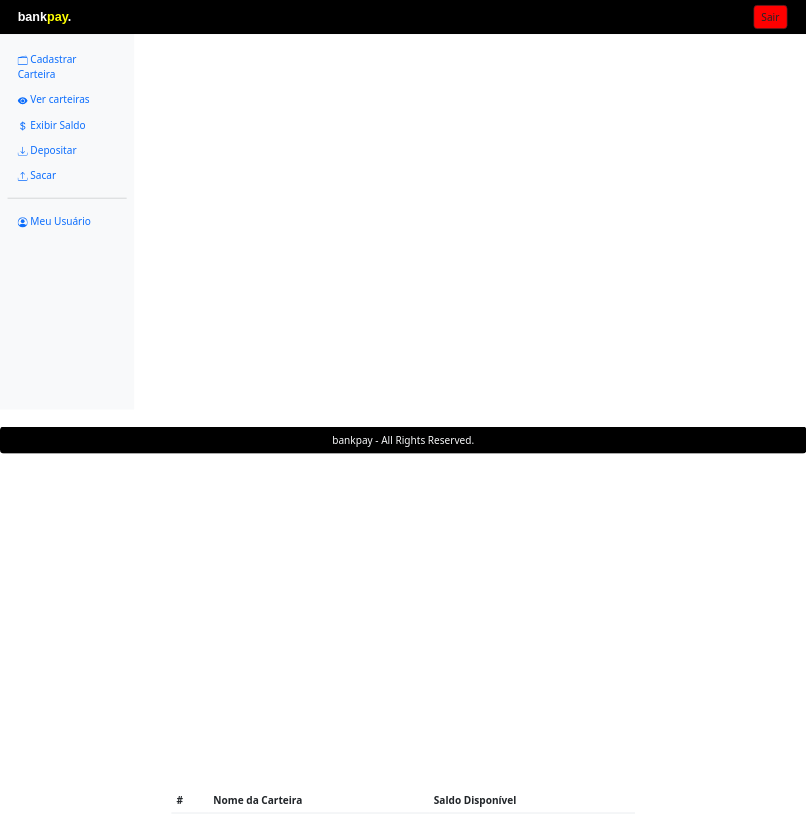
Repository: viniciusrodriguesb/IntegradorJava
Page: http://localhost/Carteira/principal.jsp
These files come from the project's save history. The page is drawn as it stood at one moment and after the next save; the edit follows.
The browser window is 1280 px wide. The pictures show the whole page, at 63% of full size.
The page is served by Tomcat 9. Other server files are loaded and not shown. Queries for data that is not in the repository find no rows.

Above is the page before, as saved 2022-06-21 12:06:19.

### Carteira/src/main/webapp/principal.jsp
<%@ page import = "java.util.List" %>
<%@ page import = "java.util.ArrayList"%>
<%@ page import = "modelo.Carteira"%>
<%@ page import = "dao.CarteiraDAO"%>

<!DOCTYPE html>
<html lang="pt-br">
<head>
    <meta charset="UTF-8">
    <meta http-equiv="X-UA-Compatible" content="IE=edge">
    <meta name="viewport" content="width=device-width, initial-scale=1.0">
    <title>Bem-Vindo</title>

     <!-- STYLES -->
     <link rel="stylesheet" href="style.css">

     <!-- BOOTSTRAP -->
     <link href="https://cdn.jsdelivr.net/npm/bootstrap@5.2.0-beta1/dist/css/bootstrap.min.css" rel="stylesheet" integrity="sha384-0evHe/X+R7YkIZDRvuzKMRqM+OrBnVFBL6DOitfPri4tjfHxaWutUpFmBp4vmVor" crossorigin="anonymous">

</head>
<body>
    <!-- INICIO NAVBAR -->
      <nav class="navbar navbar-light" style="background-color: black;">
        <a class="navbar-brand logo" href="principal.html" style="margin-left: 28px; color: #fff;">
            bank<span style="color: yellow;">pay</span>.
        </a>
        <a href="index.html" class="btn btn-md active" role="button" aria-pressed="true" style="margin-right: 30px; background-color: red;">Sair</a>
      </nav>
    <!-- FIM NAVBAR -->

<!-- INICIO MENU LATERAL -->
    <div class="container-fluid">
        <div class="row">
            <nav class="col-md-2 d-none d-md-block bg-light sidebar">
                <div class="sidebar-sticky" style="height: 80vh; margin-top: 20px;">
                    <ul class="nav flex-column">
                        <li class="nav-item">
                            <a href="resultCadastrar.jsp" class="nav-link">
                                <svg xmlns="http://www.w3.org/2000/svg" width="16" height="16" fill="currentColor" class="bi bi-wallet2" viewBox="0 0 16 16">
                                    <path d="M12.136.326A1.5 1.5 0 0 1 14 1.78V3h.5A1.5 1.5 0 0 1 16 4.5v9a1.5 1.5 0 0 1-1.5 1.5h-13A1.5 1.5 0 0 1 0 13.5v-9a1.5 1.5 0 0 1 1.432-1.499L12.136.326zM5.562 3H13V1.78a.5.5 0 0 0-.621-.484L5.562 3zM1.5 4a.5.5 0 0 0-.5.5v9a.5.5 0 0 0 .5.5h13a.5.5 0 0 0 .5-.5v-9a.5.5 0 0 0-.5-.5h-13z"/>
                                  </svg>
                                Cadastrar Carteira
                            </a>
                         </li>
                         <li class="nav-item">
                            <a href="#" class="nav-link">
                               <svg xmlns="http://www.w3.org/2000/svg" width="16" height="16" fill="currentColor" class="bi bi-eye-fill" viewBox="0 0 16 16">
  								<path d="M10.5 8a2.5 2.5 0 1 1-5 0 2.5 2.5 0 0 1 5 0z"/>
  								<path d="M0 8s3-5.5 8-5.5S16 8 16 8s-3 5.5-8 5.5S0 8 0 8zm8 3.5a3.5 3.5 0 1 0 0-7 3.5 3.5 0 0 0 0 7z"/>
								</svg>
                                Ver carteiras
                            </a>
                         </li>
                        <li class="nav-item">
                            <a href="#" class="nav-link">
                                <svg xmlns="http://www.w3.org/2000/svg" width="16" height="16" fill="currentColor" class="bi bi-currency-dollar" viewBox="0 0 16 16">
                                    <path d="M4 10.781c.148 1.667 1.513 2.85 3.591 3.003V15h1.043v-1.216c2.27-.179 3.678-1.438 3.678-3.3 0-1.59-.947-2.51-2.956-3.028l-.722-.187V3.467c1.122.11 1.879.714 2.07 1.616h1.47c-.166-1.6-1.54-2.748-3.54-2.875V1H7.591v1.233c-1.939.23-3.27 1.472-3.27 3.156 0 1.454.966 2.483 2.661 2.917l.61.162v4.031c-1.149-.17-1.94-.8-2.131-1.718H4zm3.391-3.836c-1.043-.263-1.6-.825-1.6-1.616 0-.944.704-1.641 1.8-1.828v3.495l-.2-.05zm1.591 1.872c1.287.323 1.852.859 1.852 1.769 0 1.097-.826 1.828-2.2 1.939V8.73l.348.086z"/>
                                  </svg>
                                Exibir Saldo</a>
                         </li>
                        <li class="nav-item">
                            <a href="#" class="nav-link">
                                <svg xmlns="http://www.w3.org/2000/svg" width="16" height="16" fill="currentColor" class="bi bi-download" viewBox="0 0 16 16">
                                    <path d="M.5 9.9a.5.5 0 0 1 .5.5v2.5a1 1 0 0 0 1 1h12a1 1 0 0 0 1-1v-2.5a.5.5 0 0 1 1 0v2.5a2 2 0 0 1-2 2H2a2 2 0 0 1-2-2v-2.5a.5.5 0 0 1 .5-.5z"/>
                                    <path d="M7.646 11.854a.5.5 0 0 0 .708 0l3-3a.5.5 0 0 0-.708-.708L8.5 10.293V1.5a.5.5 0 0 0-1 0v8.793L5.354 8.146a.5.5 0 1 0-.708.708l3 3z"/>
                                  </svg>
                                Depositar</a>
                         </li>
                        <li class="nav-item">
                            <a href="resultSaque.jsp" class="nav-link">
                                  <svg xmlns="http://www.w3.org/2000/svg" width="16" height="16" fill="currentColor" class="bi bi-upload" viewBox="0 0 16 16">
	                                    <path d="M.5 9.9a.5.5 0 0 1 .5.5v2.5a1 1 0 0 0 1 1h12a1 1 0 0 0 1-1v-2.5a.5.5 0 0 1 1 0v2.5a2 2 0 0 1-2 2H2a2 2 0 0 1-2-2v-2.5a.5.5 0 0 1 .5-.5z"/>
	                                    <path d="M7.646 1.146a.5.5 0 0 1 .708 0l3 3a.5.5 0 0 1-.708.708L8.5 2.707V11.5a.5.5 0 0 1-1 0V2.707L5.354 4.854a.5.5 0 1 1-.708-.708l3-3z"/>
                                  </svg>
                                Sacar</a>
                         </li>
                     </ul>
                     <hr>
                      <ul class="nav flex-column">
                        <li class="nav-item">
                            <a href="#" class="nav-link">
                                <svg xmlns="http://www.w3.org/2000/svg" width="16" height="16" fill="currentColor" class="bi bi-person-circle" viewBox="0 0 16 16">
									  <path d="M11 6a3 3 0 1 1-6 0 3 3 0 0 1 6 0z"/>
									  <path fill-rule="evenodd" d="M0 8a8 8 0 1 1 16 0A8 8 0 0 1 0 8zm8-7a7 7 0 0 0-5.468 11.37C3.242 11.226 4.805 10 8 10s4.757 1.225 5.468 2.37A7 7 0 0 0 8 1z"/>
								</svg>
                                Meu Usuário
                            </a>
                         </li>
                     </ul>
                </div>
            </nav>
           <main role="main" class="col-md-9 ml-sm-auto col-lg-10 px-4">

            <div class="chartjs-size-monitor" style="position: absolute; inset: 0px; overflow: hidden; pointer-events: none; visibility: hidden; z-index: -1;">
                <div class="chartjs-size-monitor-expand" style="position:absolute;left:0;top:0;right:0;bottom:0;overflow:hidden;pointer-events:none;visibility:hidden;z-index:-1;">
                    <div style="position:absolute;width:1000000px;height:1000000px;left:0;top:0"></div>
                </div>

                <div class="chartjs-size-monitor-shrink" style="position:absolute;left:0;top:0;right:0;bottom:0;overflow:hidden;pointer-events:none;visibility:hidden;z-index:-1;">
                    <div style="position:absolute;width:200%;height:200%;left:0; top:0"></div>
                </div>
            </div>

           </main>

        </div>
    </div>
<!-- FIM MENU LATERAL -->

<!-- INICIO MAIN -->

<!-- INICIO TABELA -->
<div class="container tabelas">
	<div class="row">
		<div class="col-8 m-auto" >
			<table class="table">
  <thead>
    <tr>
      <th scope="col">#</th>
      <th scope="col">Nome da Carteira</th>
      <th scope="col">Saldo Disponível</th>
    </tr>
  </thead>
  <tbody>
    <tr>
      <%
	CarteiraDAO ctr = new CarteiraDAO();
	List<Carteira> lista = new ArrayList<Carteira>();

	lista = ctr.listar();

	for(Carteira i : lista){
	%>

	<tr>
	<td>
	<%=i.getId()%>
	</td>

	<td>
	<%=i.getNome()%>
	</td>

	<td>
	<%=i.getSaldo()%>
	</td>
	</tr>

	<%
	}
	%>
    </tr>
  </tbody>
</table>
		</div>
	</div>
</div>
<!-- FIM TABELA -->




<!--
<table >
	<tr>
	<th>Código da Carteira</th>
	<th>Nome da Carteira</th>
	<th>Saldo disponivel</th>
	</tr>

</table> -->

<!-- FIM MAIN -->
<!-- FOOTER -->
<div class="card fixed-bottom" style="background-color: black;">
    <div class="card-footer text-center">
    <span class="text-light">bankpay - All Rights Reserved.</span>
    </div>
  </div>
<!-- FOOTER -->

<script src="https://cdn.jsdelivr.net/npm/jquery@3.5.1/dist/jquery.slim.min.js" integrity="sha384-DfXdz2htPH0lsSSs5nCTpuj/zy4C+OGpamoFVy38MVBnE+IbbVYUew+OrCXaRkfj" crossorigin="anonymous"></script>
<script src="https://cdn.jsdelivr.net/npm/bootstrap@4.6.1/dist/js/bootstrap.bundle.min.js" integrity="sha384-fQybjgWLrvvRgtW6bFlB7jaZrFsaBXjsOMm/tB9LTS58ONXgqbR9W8oWht/amnpF" crossorigin="anonymous"></script>
</body>
</html>

### Carteira/src/main/java/dao/CarteiraDAO.java
package dao;

import java.sql.Connection;
import java.sql.PreparedStatement;
import java.sql.ResultSet;
import java.sql.SQLException;
import java.util.ArrayList;
import java.util.List;

import modelo.Carteira;
import modelo.Usuario;

public class CarteiraDAO {

	Connection cnx;

	// INCLUSÃO DADOS DA CARTEIRA NO BANCO
	public boolean incluirCarteira(Carteira carteira) {
		boolean resultado = true;
		int retornoQuery;

		cnx = DAO.createConnection();
		String sql = "INSERT INTO tb_carteira (nome, saldo) VALUES (?, ?)";

		try {
			PreparedStatement ps = cnx.prepareStatement(sql);

			ps.setString(1, carteira.getNome());
			ps.setDouble(2, carteira.getSaldo());

			retornoQuery = ps.executeUpdate();

			if (retornoQuery <= 0) {
				resultado = false;
			}

		} catch (SQLException e) {
			e.printStackTrace();
		}
		return resultado;
	}

	// ALTERAÇÃO DE DADOS DA CARTEIRA NO BANCO
	public boolean alterarCarteira(Carteira carteira) {
		boolean resultado = true;
		int retornoQuery;

		cnx = DAO.createConnection();
		String sql = "UPDATE tb_carteira SET nome=? WHERE id=?";

		try {
			PreparedStatement ps = cnx.prepareStatement(sql);

			ps.setString(1, carteira.getNome());

			retornoQuery = ps.executeUpdate();

		} catch (SQLException e) {
			e.printStackTrace();
		}
		return resultado;
	}

	// EXCLUSÃO DE DADOS DA CARTEIRA NO BANCO
	public boolean excluirCarteira(int id) {
		boolean resultado = true;
		int retornoQuery;

		cnx = DAO.createConnection();
		String sql = "DELETE FROM tb_carteira WHERE ID = ?";

		try {
			PreparedStatement ps = cnx.prepareStatement(sql);

			ps.setInt(1, id);

			retornoQuery = ps.executeUpdate();

			if (retornoQuery <= 0) {
				resultado = false;
			}

		} catch (SQLException e) {
			e.printStackTrace();
		}
		return resultado;
	}

	// LISTAR OS DADOS QUE ESTÃO NO BANCO DA CARTEIRA
	public List<Carteira> listar() {
		List<Carteira> listaDeCarteiras = new ArrayList<Carteira>();
		ResultSet rs = null;
		Carteira carteira = null;

		cnx = DAO.createConnection();

		String sql = "SELECT * FROM tb_carteira";

		try {
			PreparedStatement ps = cnx.prepareStatement(sql);

			rs = ps.executeQuery();

			while (rs.next()) {
				carteira = new Carteira();

				carteira.setId(rs.getInt("id"));
				carteira.setNome(rs.getString("nome"));
				carteira.setSaldo(rs.getDouble("saldo"));

				listaDeCarteiras.add(carteira);
			}
		} catch (SQLException e) {
			e.printStackTrace();
		}
		return listaDeCarteiras;
	}

	public boolean sacar(Carteira carteira) {
		boolean resultado = true;
		int retornoQuery;

		cnx = DAO.createConnection();
		String sql = "INSERT INTO tb_carteira (nome, saldo) VALUES (?, ?)";

		try {
			PreparedStatement ps = cnx.prepareStatement(sql);

			ps.setString(1, carteira.getNome());
			ps.setDouble(2, carteira.getSaldo() + carteira.getSaldo());

			retornoQuery = ps.executeUpdate();

			if (retornoQuery <= 0) {
				resultado = false;
			}

		} catch (SQLException e) {
			e.printStackTrace();
		}
		return resultado;
	}
}

### Carteira/src/main/java/dao/DAO.java
package dao;

import java.sql.Connection;
import java.sql.DriverManager;
import java.sql.SQLException;

public class DAO {
	public static Connection createConnection() {
		String url, user, password;

		Connection cnx = null;

		try {
			Class.forName("com.mysql.jdbc.Driver");

			url = "jdbc:mysql://localhost:3306/db_integradorJava";
			user = "root";
			password = "";

			cnx = DriverManager.getConnection(url, user, password);
		} catch (ClassNotFoundException e) {
			e.printStackTrace();
		} catch (SQLException e) {
			e.printStackTrace();
		}
		return cnx;
	}
}

### Carteira/src/main/webapp/style.css

* {
  margin: 0;
  padding: 0;
  box-sizing: border-box;
}

ul {
  list-style: none;
}

a {
  text-decoration: none;
}

img {
  width: 100%;
  height: auto;
}

/*====  VARIABLES ============================ */
:root {
  --header-height: 4.5rem;

  /* colors */
  --hue: 159;
  /* HSL color mode */
  --base-color: hsl(var(--hue) 36% 57%);
  --base-color-second: hsl(var(--hue) 65% 88%);
  --base-color-alt: hsl(var(--hue) 57% 53%);
  --title-color: hsl(var(--hue) 41% 10%);
  --text-color: hsl(0 0% 46%);
  --text-color-light: hsl(0 0% 98%);
  --body-color: hsl(0 0% 98%);
}

/*===  BASE ============================ */
html {
  scroll-behavior: smooth;
}

body {
  font: 400 1rem 'DM Sans', sans-serif;
  color: var(--text-color);
  background: var(--body-color);
  -webkit-font-smoothing: antialiased;
}

.content{
  width: 500px;
  min-height: 560px;
  margin: 0 auto;
  margin-top: 80px;
  position: relative;
}

h1{
  font-size: 48px;
  color: #066a75;
  padding: 2px 0 10px 0;
  font-family: Arial,sans-serif;
  font-weight: bold;
  text-align: center;
  padding-bottom: 30px;
}

h1:after{
  content: ' ';
  display: block;
  width: 100%;
  height: 2px;
  margin-top: 10px;
  background: -webkit-linear-gradient(left, rgba(147,184,189,0) 0%,rgba(147,184,189,0.8) 20%,rgba(147,184,189,1) 53%,rgba(147,184,189,0.8) 79%,rgba(147,184,189,0) 100%);
  background: linear-gradient(left, rgba(147,184,189,0) 0%,rgba(147,184,189,0.8) 20%,rgba(147,184,189,1) 53%,rgba(147,184,189,0.8) 79%,rgba(147,184,189,0) 100%);
}

p{
  margin-bottom:15px;
}

.content p:first-child{
  margin: 0px;
}

label{
  color: #405c60;
  position: relative;
}

/* placeholder */
::-webkit-input-placeholder  {
  color: #bebcbc;
  font-style: italic;
}

input:-moz-placeholder,
textarea:-moz-placeholder{
  color: #bebcbc;
  font-style: italic;
}

input {
  outline: none;
}

/*====  LOGO ============================ */
.logo {
  font: 700 1.31rem 'Poppins', sans-serif;
  color: var(--title-color);
}

.logo span {
  color: var(--base-color);
}

/*estilo dos input,  menos o checkbox */
input:not([type="checkbox"]){
  width: 95%;
  margin-top: 4px;
  padding: 10px;
  border: 1px solid #b2b2b2;

  -webkit-border-radius: 3px;
  border-radius: 3px;

  -webkit-box-shadow: 0px 1px 4px 0px rgba(168, 168, 168, 0.6) inset;
  box-shadow: 0px 1px 4px 0px rgba(168, 168, 168, 0.6) inset;

  -webkit-transition: all 0.2s linear;
  transition: all 0.2s linear;
}

/*estilo do botão submit */
input[type="submit"]{
  width: 100%!important;
  cursor: pointer;
  background: rgb(61, 157, 179);
  padding: 8px 5px;
  color: #fff;
  font-size: 20px;
  border: 1px solid #fff;
  margin-bottom: 10px;
  text-shadow: 0 1px 1px #333;

  -webkit-border-radius: 5px;
  border-radius: 5px;

  transition: all 0.2s linear;
}

/*estilo do botão submit no hover */
input[type="submit"]:hover{
  background: #4ab3c6;
}

.link{
  position: absolute;
  background: #e1eaeb;
  color: #7f7c7c;
  left: 0px;
  height: 20px;
  width: 440px;
  padding: 17px 30px 20px 30px;
  font-size: 16px;
  text-align: right;
  border-top: 1px solid #dbe5e8;

  -webkit-border-radius: 0 0  5px 5px;
  border-radius: 0 0  5px 5px;
}

.link a {
  font-weight: bold;
  background: #f7f8f1;
  padding: 6px;
  color: rgb(29, 162, 193);
  margin-left: 10px;
  border: 1px solid #cbd518;

  -webkit-border-radius: 4px;
  border-radius: 4px;

  -webkit-transition: all 0.4s linear;
  transition: all 0.4s  linear;
}

.link a:hover {
  color: #39bfd7;
  background: #f7f7f7;
  border: 1px solid #4ab3c6;
}

#cadastro,
#login{
  position: absolute;
  top: 0px;
  width: 88%;
  padding: 18px 6% 60px 6%;
  margin: 0 0 35px 0;
  background: #f7f7f7;
  border: 1px solid rgba(147, 184, 189,0.8);

  -webkit-box-shadow: 5px;
  border-radius: 5px;

  -webkit-animation-duration: 0.5s;
  -webkit-animation-timing-function: ease;
  -webkit-animation-fill-mode: both;

  animation-duration: 0.5s;
  animation-timing-function: ease;
  animation-fill-mode: both;
}

/* Efeito ao clicar no botão ( Ir para Login ) */
#paracadastro:target ~ .content #cadastro,
#paralogin:target ~ .content #login{
  z-index: 2;
  -webkit-animation-name: fadeInLeft;
  animation-name: fadeInLeft;

  -webkit-animation-delay: .1s;
  animation-delay: .1s;
}

/* Efeito ao clicar no botão ( Cadastre-se ) */
#registro:target ~ .content #login,
#paralogin:target ~ .content #cadastro{
  -webkit-animation-name: fadeOutLeft;
  animation-name: fadeOutLeft;
}

/*fadeInLeft*/
@-webkit-keyframes fadeInLeft {
  0% {
    opacity: 0;
    -webkit-transform: translateX(-20px);
  }
  100% {
    opacity: 1;
    -webkit-transform: translateX(0);
  }
}

@keyframes fadeInLeft {
  0% {
    opacity: 0;
    transform: translateX(-20px);
  }
  100% {
    opacity: 1;
    transform: translateX(0);
  }
}

/*fadeOutLeft*/
@-webkit-keyframes fadeOutLeft {
  0% {
    opacity: 1;
    -webkit-transform: translateX(0);
  }
  100% {
    opacity: 0;
    -webkit-transform: translateX(-20px);
  }
}

@keyframes fadeOutLeft {
  0% {
    opacity: 1;
    transform: translateX(0);
  }
  100% {
    opacity: 0;
    transform: translateX(-20px);
  }
}

.tabelas{
	margin-top: 600px;
}

After the next save:
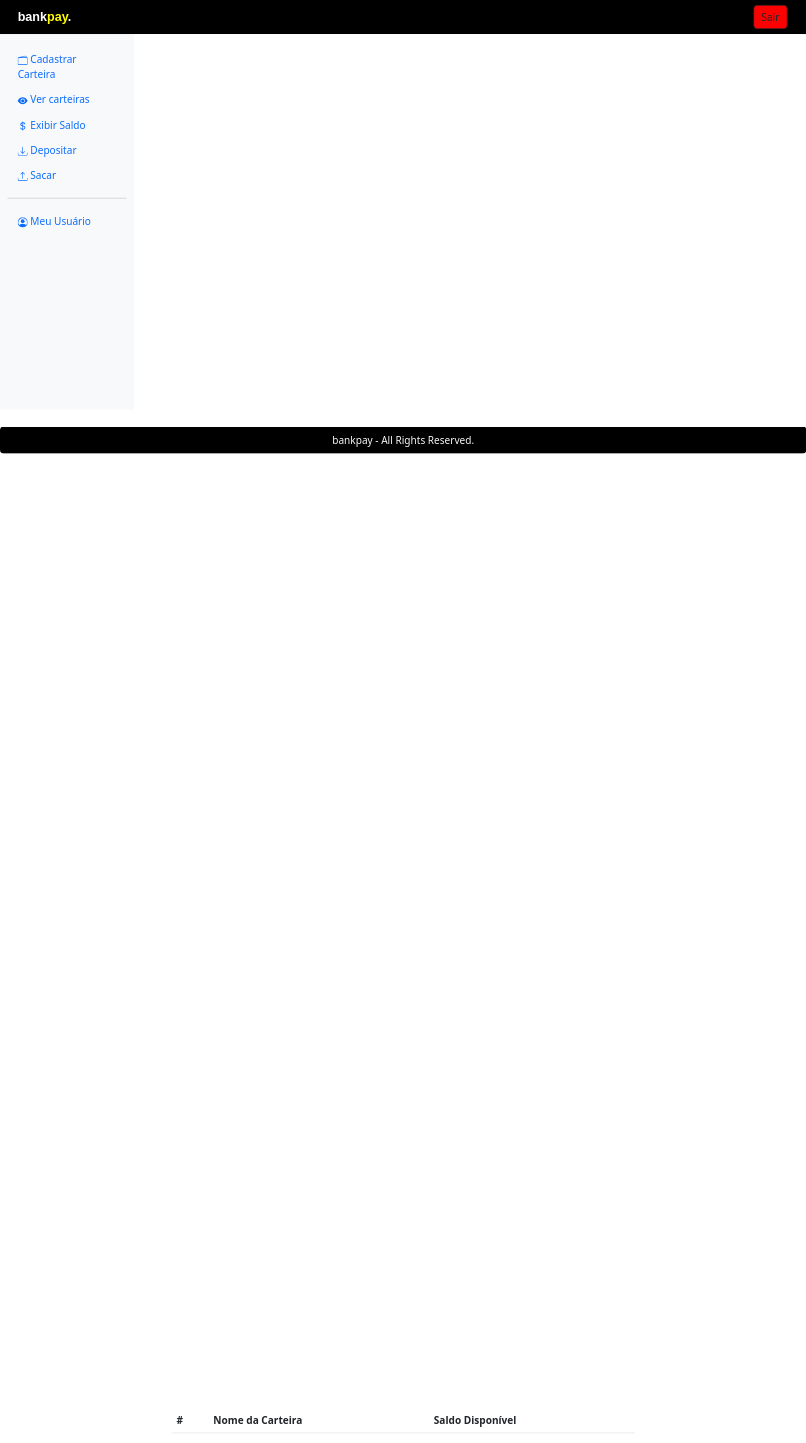
Saved 53 s later.
--- a/Carteira/src/main/webapp/style.css
+++ b/Carteira/src/main/webapp/style.css
@@ -277,5 +277,5 @@ input[type="submit"]:hover{
 }
 
 .tabelas{
-	margin-top: 600px;
-}
+	margin-top: 220vh;
+}
